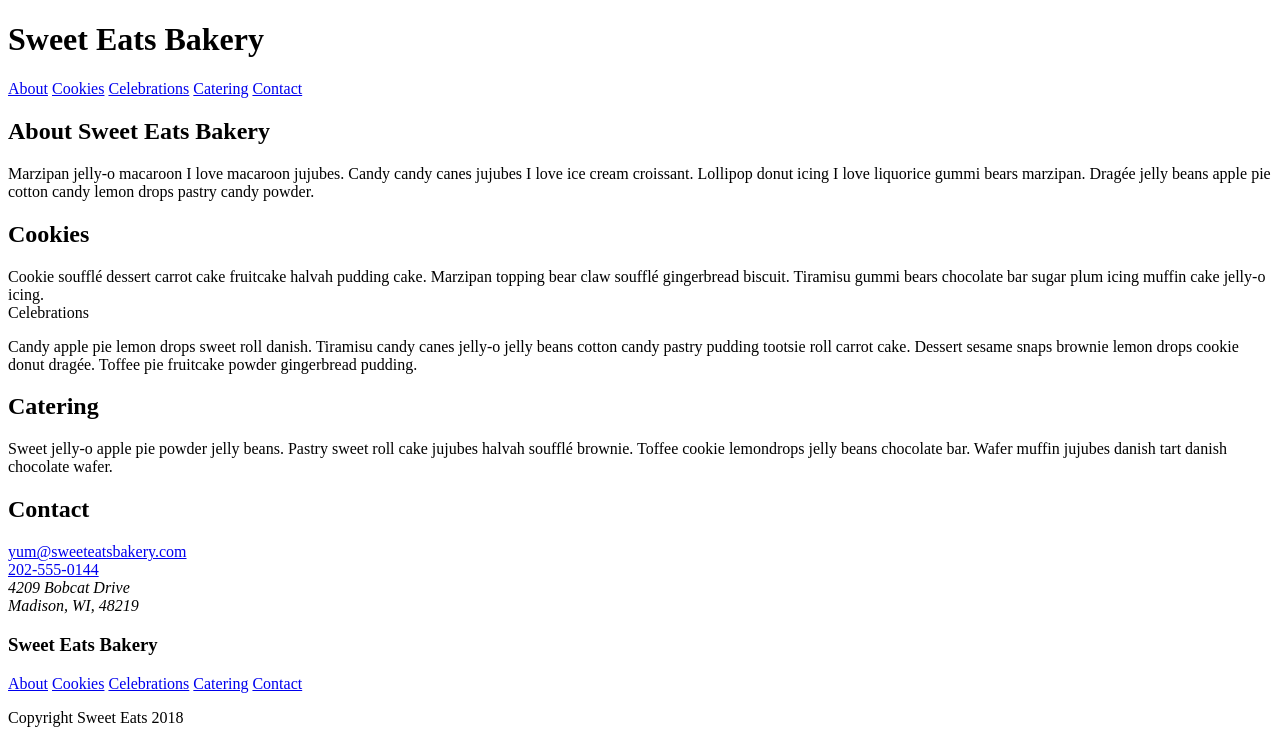
Repository: yoshimario/web-module-challenge-user-interface
Page: index.html
These files come from the project's save history. The page is drawn as it stood at one moment and after a run of saves; the edit follows.
The browser window is 1280 px wide. The pictures show the whole page.
Some web fonts or font styles are not loaded; a fallback is used.

Above is the page before, as saved 2023-05-15 13:12:57.

After the next 2 saves:
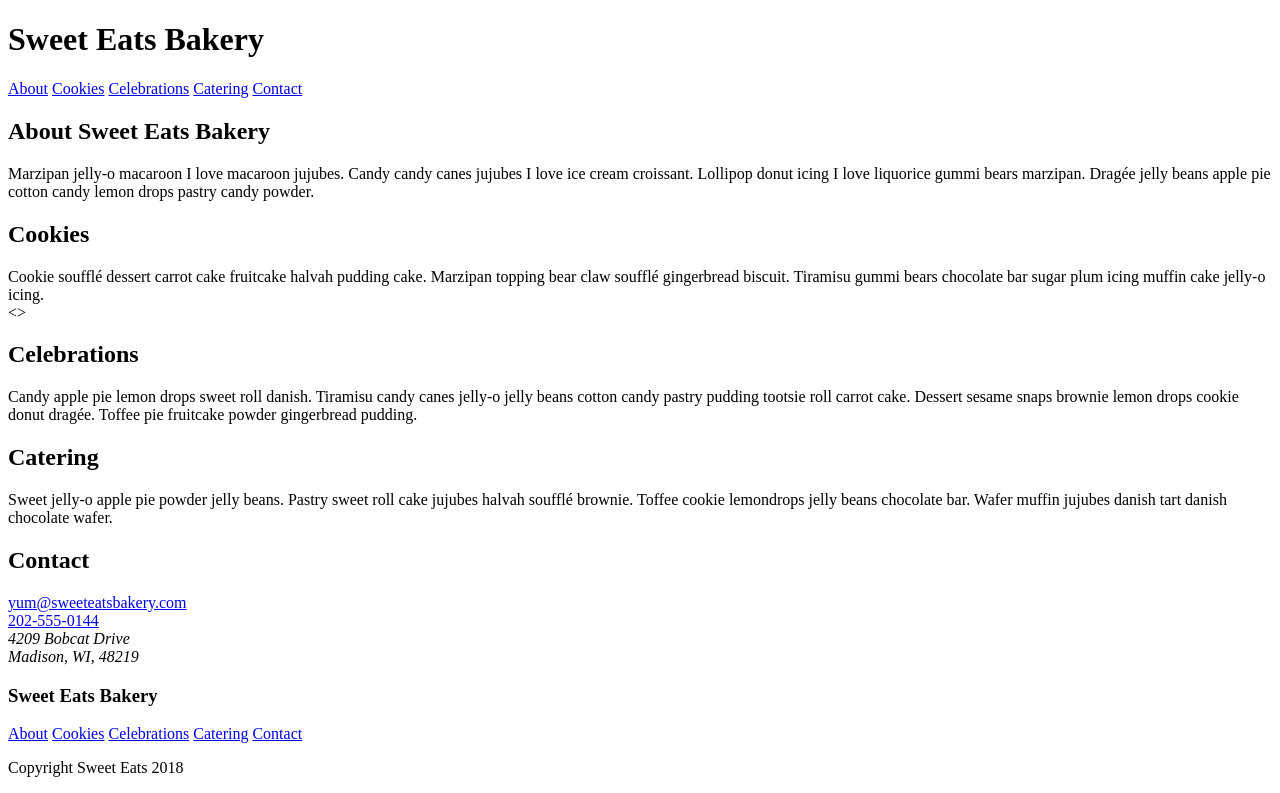
The 2 saves are shown as one change because they came seconds apart.
The last was saved 5 s later.
--- a/index.html
+++ b/index.html
@@ -45,7 +45,7 @@
     </section>
     <!-- Image https://tk-assets.lambdaschool.com/297378d6-9c89-430f-9d2e-46ae3d5edce8_ui-i-bakery-cupcake-i.png -->
 
-    <sectionid="about"
+    <>
     <h2>Celebrations</h2>
 
     <p>Candy apple pie lemon drops sweet roll danish. Tiramisu candy canes jelly-o jelly beans cotton candy pastry
